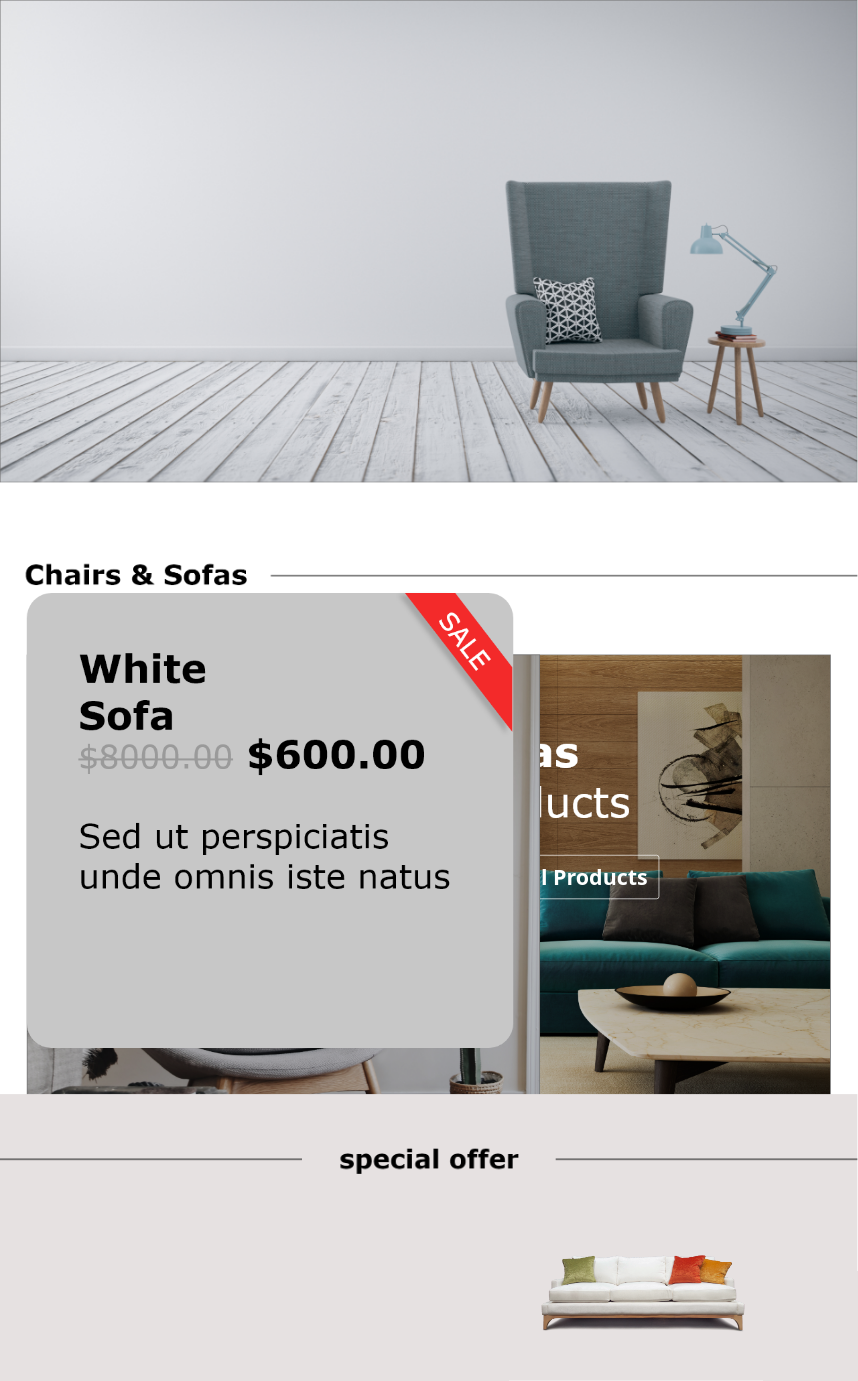
Repository: MEROO1010/creative_home
Page: /
These files come from the project's save history. The page is drawn as it stood at one moment and after a run of saves; the edit follows.
The browser window is 1280 px wide. The pictures show the whole page, at 67% of full size.
The project was rebuilt for these pictures with package versions that can differ from the ones it lists, and the page was loaded fresh each time. The framework's server and built-in components were replaced by stand-ins that run in the browser. Also part of the build but not shown: next.config.js.

Above is the page before, as saved 2022-12-12 09:56:41.

After the next 4 saves:
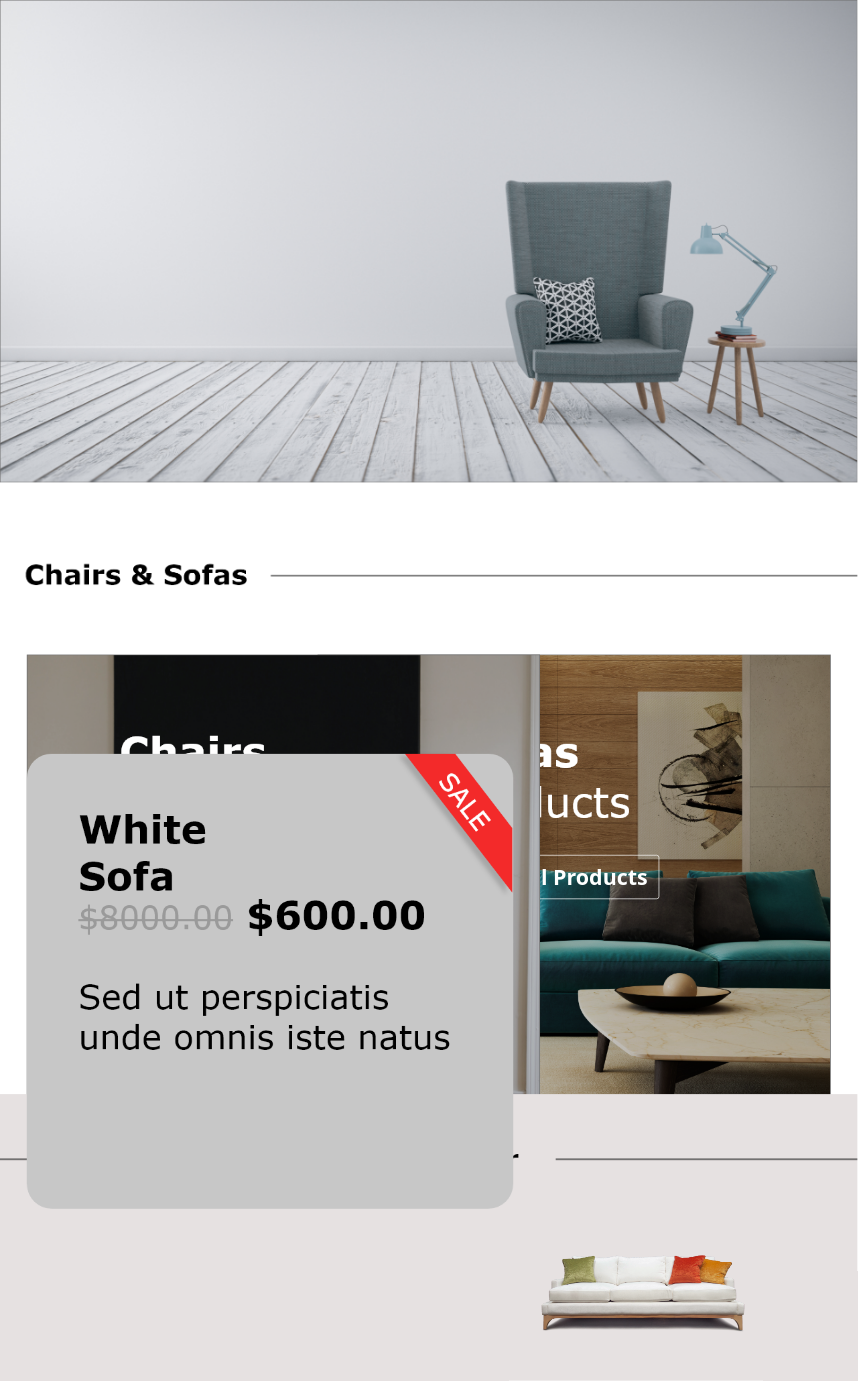
The 4 saves are shown as one change because they came seconds apart.
The last was saved 19 s later.
--- a/components/SpecialOffer.tsx
+++ b/components/SpecialOffer.tsx
@@ -21,7 +21,7 @@ const SpecialOffer = () => {
 
          </div>
 
-         <div className='absolute py-4 px-10 bottom-80 my-40'>
+         <div className='absolute py-4 px-10 bottom-20 my-40'>
           <Image src={image2} alt=''/>
          </div>
     </div>
